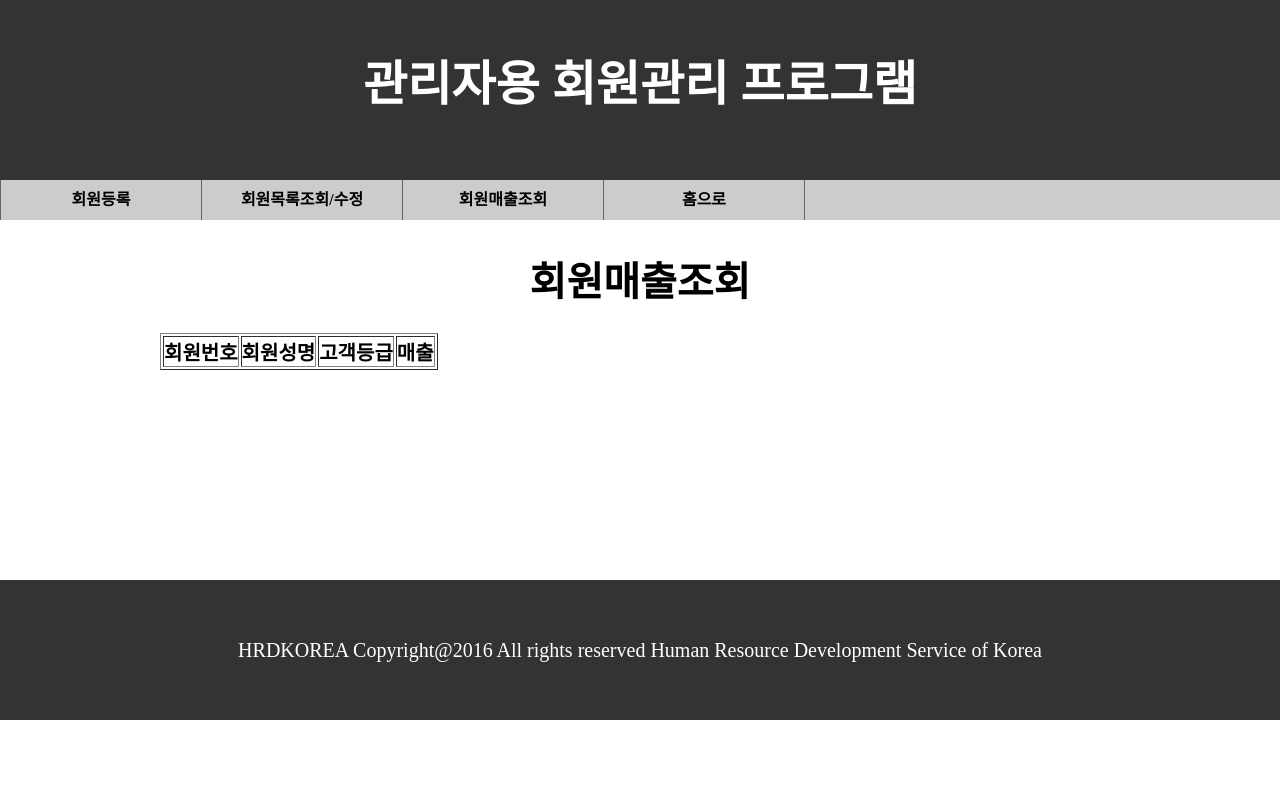
Repository: jsky1234/NCS
Page: http://localhost/HRD_1/memberSearch.jsp
The author's editor kept a copy of each file at every save. The page is drawn from the files as they stood at one save, then again after the next save.
The browser window is 1280 px wide. The pictures show the whole page.
The page is served by Tomcat 9. Queries for data that is not in the repository find no rows.

Above is the page before, as saved 2020-11-11 02:43:49.

After the next save:
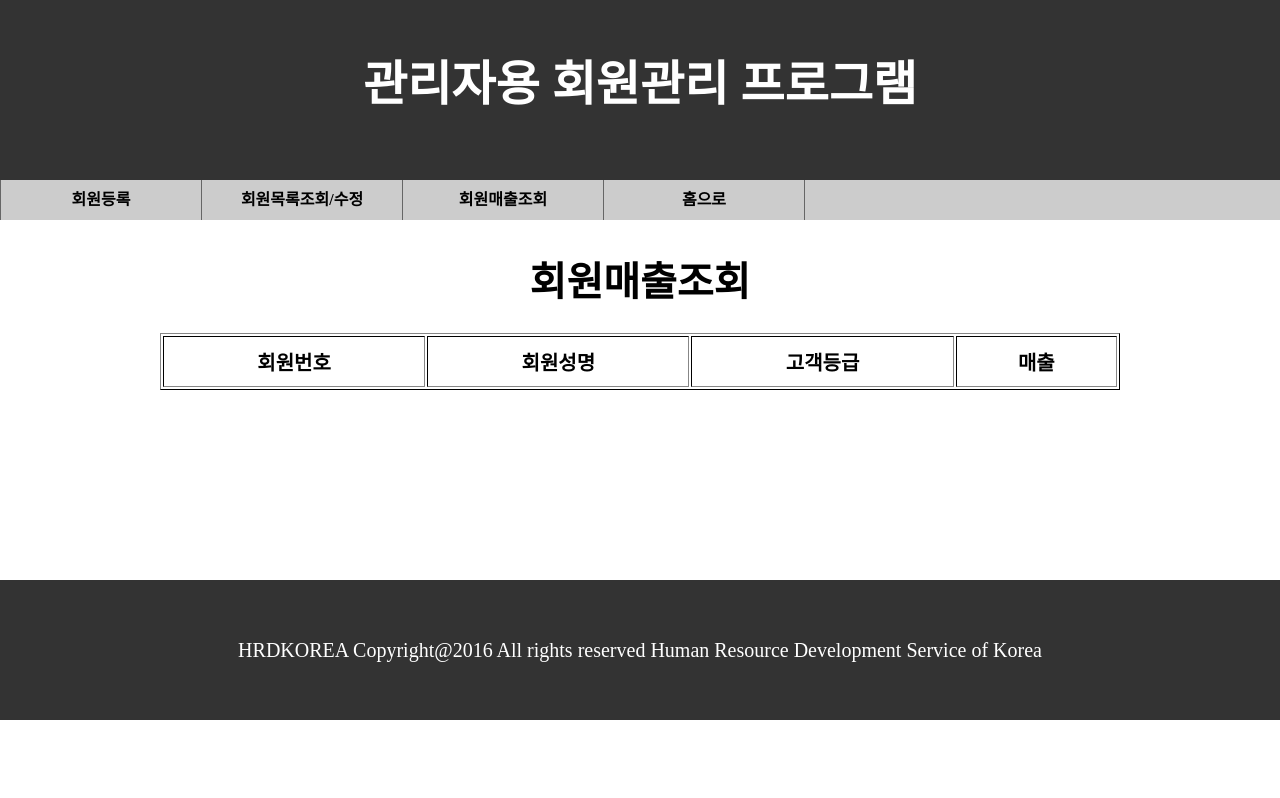
Saved 44 s later.
--- a/ncs1/HRD_1/WebContent/memberSearch.jsp
+++ b/ncs1/HRD_1/WebContent/memberSearch.jsp
@@ -10,6 +10,9 @@
 <style>
 .main_help { width: 960px; margin: 25px auto; font-size: 20px; min-height: 410px; }
 .main_help ol { padding-top: 5px; }
+.tb { display: table; border: 1; border-color: #333; width: 960px; text-align: center;}
+.tb tr { display: table-row; }
+.tb td, .tb th { display: table-cell; padding: 10px; }
 </style>
 <%@ include file="admin_nav.jsp" %>
 <main class="content">
